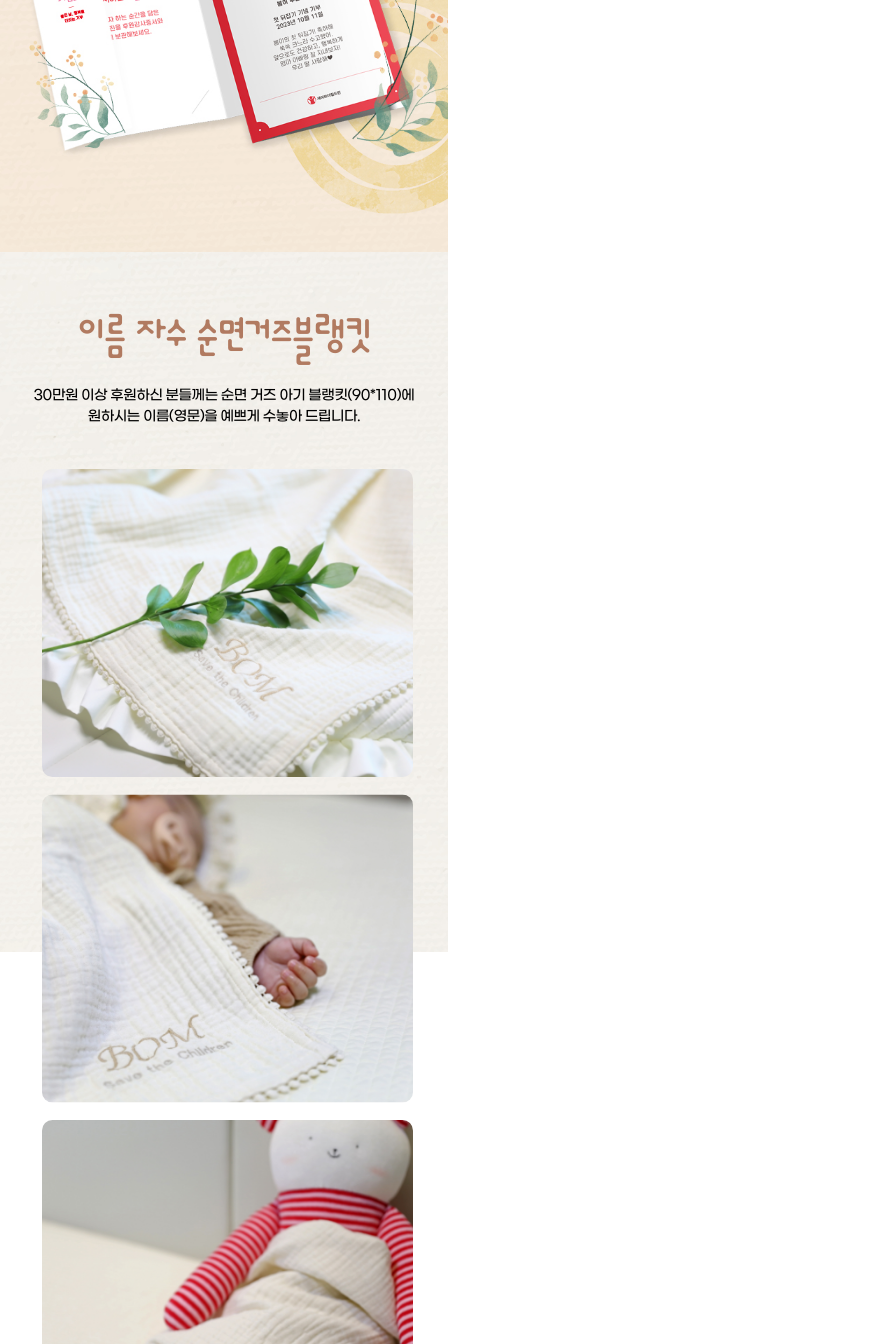
Repository: dlgywls1130/save_children_m
Page: index.html
These files come from the project's save history. The page is drawn as it stood at one moment and after the next save; the edit follows.
The browser window is 1280 px wide. The pictures show the part of the page from y = 4580 to 6500 px (the page is 9980 px tall), at 70% of full size.

Above is the page before, as saved 2023-12-13 20:03:29.

After the next save:
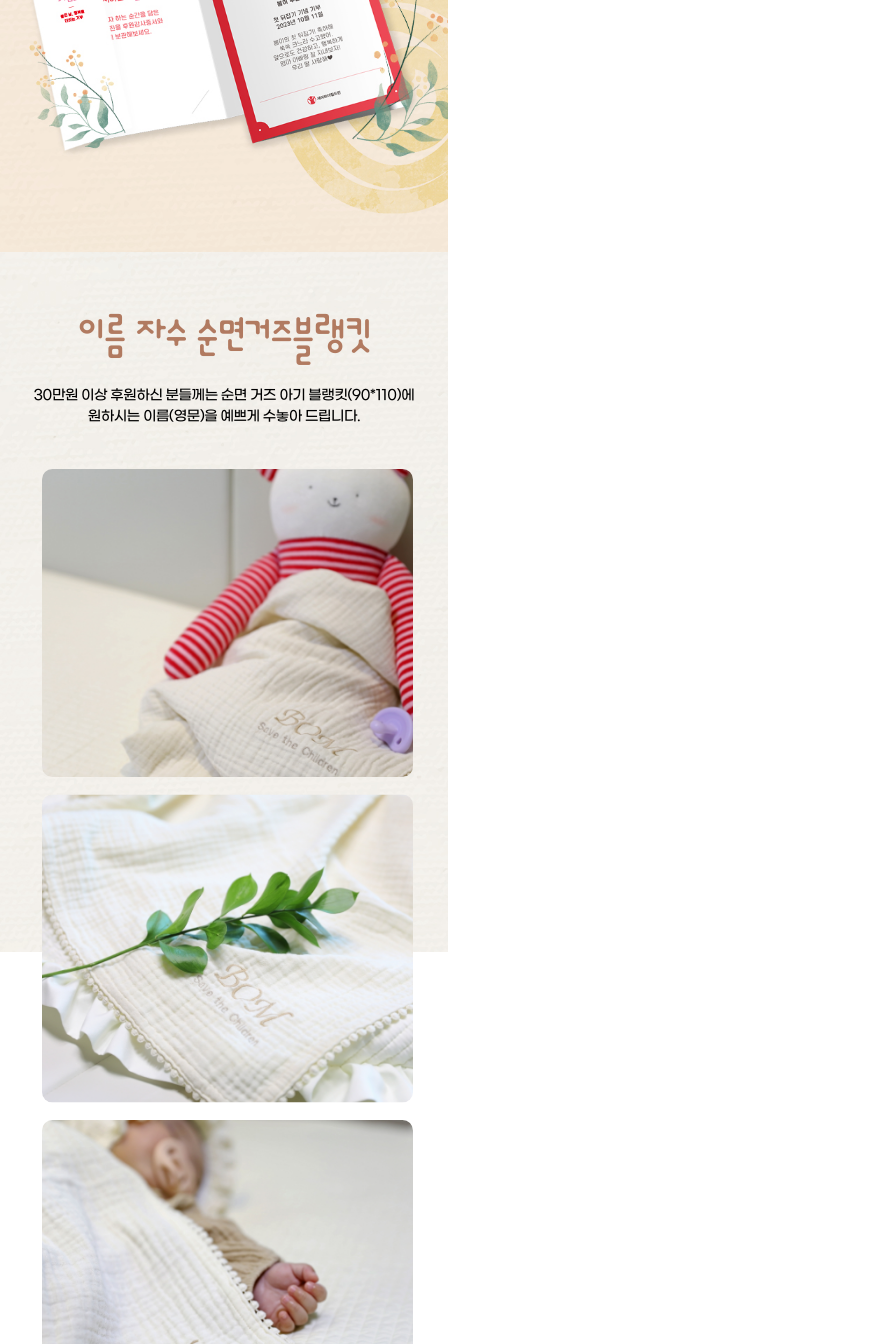
Saved 20 s later.
--- a/index.html
+++ b/index.html
@@ -108,14 +108,15 @@
 
                 <div class="se04_slide mt-85">
                     <div class="se04_slide_list">
+                        <img src="./img/slide03.jpg">
+                    </div>
+                    <div class="se04_slide_list">
                         <img src="./img/slide01.jpg">
                     </div>
                     <div class="se04_slide_list">
                         <img src="./img/slide02.jpg">
                     </div>
-                    <div class="se04_slide_list">
-                        <img src="./img/slide03.jpg">
-                    </div>
+
                 </div>
             </div>
         </section>
